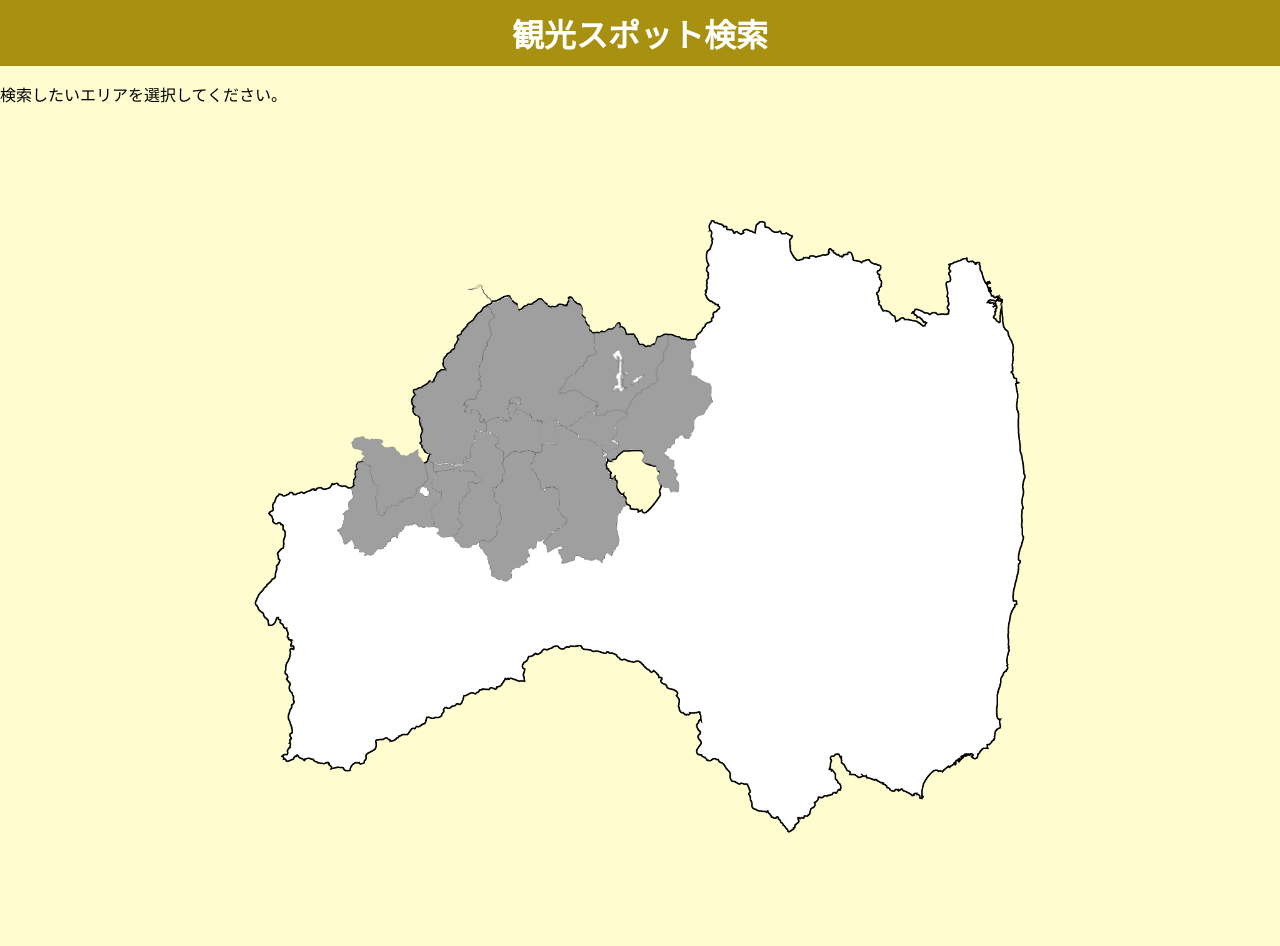
Repository: ryoutana/tanaryou.github.io
Page: Downloads/project/index.html
These files come from the project's save history. The page is drawn as it stood at one moment and after a run of saves; the edit follows.
The browser window is 1280 px wide. The pictures show the whole page.

Above is the page before, as saved 2025-04-29 14:12:03.

### Downloads/project/index.html
<!DOCTYPE html>
<html lang="ja">
<head>
    <meta charset="UTF-8">
    <meta name="viewport" content="width=device-width, initial-scale=1.0">
    <title>観光スポット検索</title>
    <link rel="stylesheet" href="styles.css">
</head>
<body>
    <header>
        <h1 id="pageTitle">観光スポット検索</h1>
    </header>
    <main>
        <section id="intro">
            <p id="introText">検索したいエリアを選択してください。</p>
            <div id="mapContainer">
                <img id="introImage" src="福島県白地図.png" alt="福島県の地図">
                <div id="spotContainer"></div>
            </div>
        </section>
    </main>
    <script src="script.js"></script>
</body>
</html>

### Downloads/project/styles.css
/* styles.css */

/* 全体のリセット */
body, html {
    margin: 0;
    padding: 0;
    box-sizing: border-box;
    background-color: #fffdd0; /* 背景色をクリーム色に設定 */
    font-family: Arial, sans-serif;
}

/* ヘッダーのスタイル */
header {
    text-align: center;
    background-color: #a89110; /* ゴールド系の背景色 */
    padding: 10px 0;
}

#pageTitle {
    font-size: 2em;
    margin: 0;
    color: #fff; /* 白文字 */
}

/* 地図全体のコンテナ */
#mapContainer {
    position: relative;
    width: 80%; /* 地図の幅を画面幅に応じて調整 */
    max-width: 800px;
    margin: 20px auto;
    overflow: hidden;
    text-align: center;
}

#introImage {
    width: 100%; /* 地図画像を親要素にフィットさせる */
    height: auto;
    display: block;
    margin: 0 auto;
    z-index: 1;
}

/* スポット画像のコンテナ */
#spotContainer {
    position: absolute;
    top: 0;
    left: 0;
    width: 100%;
    height: 100%;
    z-index: 2;
}

/* スポット画像のスタイル */
.spot-image {
    position: absolute;
    transform: translate(-50%, -50%); /* 中心基準で配置 */
    cursor: pointer;
    transition: filter 0.3s ease;
    filter: brightness(0.8) saturate(0); /* デフォルトで薄い灰色 */
}

.spot-image:hover {
    filter: brightness(1.2) hue-rotate(90deg); /* カーソルが乗ると黄緑 */
}

.spot-image.active {
    filter: brightness(1) hue-rotate(120deg) saturate(2); /* クリックでしっかり緑 */
}

### Downloads/project/script.js
// script.js

// スポットデータ（座標は地図画像内の相対的なピクセル位置）
const spots = [
    { name: '会津坂下町', img: '会津坂下町(白地図).png', x: 275, y: 303, width: 78 },
    { name: '会津若松市', img: '会津若松市(白地図).png', x: 337, y: 368, width: 158 },
    { name: '会津美里町', img: '会津美里町(白地図).png', x: 283, y: 390, width: 149 },
    { name: '喜多方市', img: '喜多方市(白地図).png', x: 291, y: 230, width: 170 },
    { name: '金山町', img: '金山町(白地図).png', x: 150, y: 381, width: 133 },
    { name: '三島町', img: '三島町(白地図).png', x: 216, y: 377, width: 83 },
    { name: '昭和村', img: '昭和村(白地図).png', x: 150, y: 350, width: 100 },
    { name: '西会津町', img: '西会津町(白地図).png', x: 214, y: 260, width: 180 },
    { name: '猪苗代町', img: '猪苗代町(白地図).png', x: 418, y: 288, width: 178 },
    { name: '湯川村', img: '湯川村(白地図).png', x: 309, y: 306, width: 32 },
    { name: '磐梯町', img: '磐梯町(白地図).png', x: 357, y: 304, width: 69 },
    { name: '北塩原村', img: '北塩原村(白地図).png', x: 374, y: 244, width: 123 },
    { name: '柳津町', img: '柳津町(白地図).png', x: 229, y: 363, width: 134 }
];

// スポットを動的に生成
function generateSpots() {
    const spotContainer = document.getElementById('spotContainer');
    const mapContainer = document.getElementById('mapContainer');

    if (!spotContainer || !mapContainer) {
        console.error('Error: 必要な要素が見つかりません。');
        return;
    }

    const mapWidth = mapContainer.offsetWidth; // 地図の幅
    const mapHeight = mapContainer.offsetHeight; // 地図の高さ

    spots.forEach(spot => {
        const img = document.createElement('img');
        img.src = spot.img;
        img.alt = spot.name;
        img.style.width = `${(spot.width / 800) * mapWidth}px`; // 幅を地図のサイズに比例させる
        img.style.left = `${(spot.x / 800) * mapWidth}px`; // x座標を地図のサイズに比例させる
        img.style.top = `${(spot.y / 800) * mapHeight}px`; // y座標を地図のサイズに比例させる
        img.classList.add('spot-image');

        // クリックイベントで色を変更
        img.addEventListener('click', () => {
            if (img.classList.contains('active')) {
                img.classList.remove('active'); // 緑から灰色に戻す
            } else {
                img.classList.add('active'); // 緑にする
            }
        });

        spotContainer.appendChild(img);
    });
}

// 初期化処理
function init() {
    generateSpots();
    console.log('スポット画像の生成が完了しました。');
}

// ページ読み込み時に初期化
window.onload = init;

After the next 3 saves:
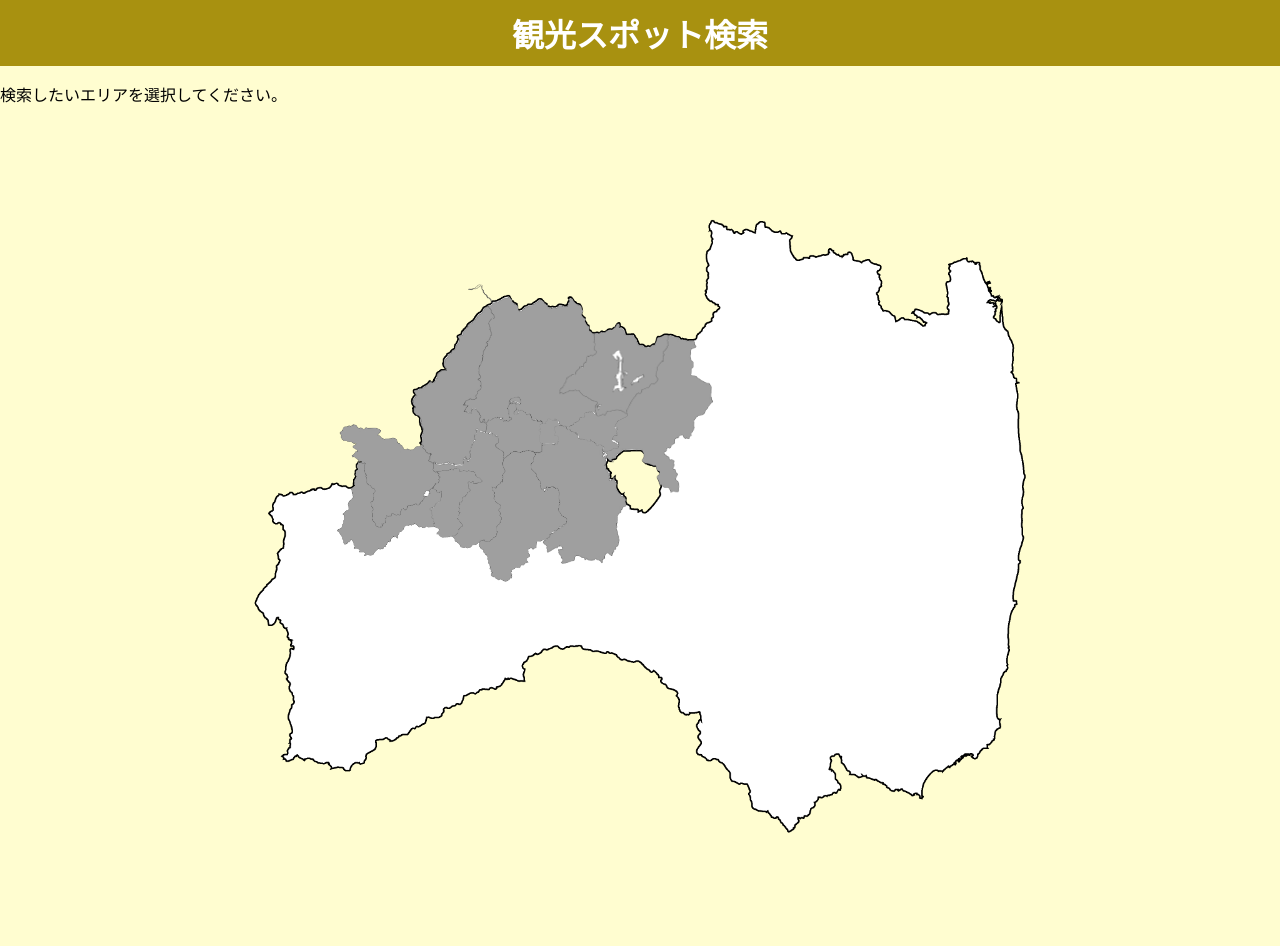
The 3 saves are shown as one change because they came seconds apart.
The last was saved 8 s later.
--- a/Downloads/project/script.js
+++ b/Downloads/project/script.js
@@ -8,7 +8,7 @@ const spots = [
     { name: '喜多方市', img: '喜多方市(白地図).png', x: 291, y: 230, width: 170 },
     { name: '金山町', img: '金山町(白地図).png', x: 150, y: 381, width: 133 },
     { name: '三島町', img: '三島町(白地図).png', x: 216, y: 377, width: 83 },
-    { name: '昭和村', img: '昭和村(白地図).png', x: 150, y: 350, width: 100 },
+    { name: '昭和村', img: '昭和村(白地図).png', x: 150, y: 350, width: 130 },
     { name: '西会津町', img: '西会津町(白地図).png', x: 214, y: 260, width: 180 },
     { name: '猪苗代町', img: '猪苗代町(白地図).png', x: 418, y: 288, width: 178 },
     { name: '湯川村', img: '湯川村(白地図).png', x: 309, y: 306, width: 32 },
